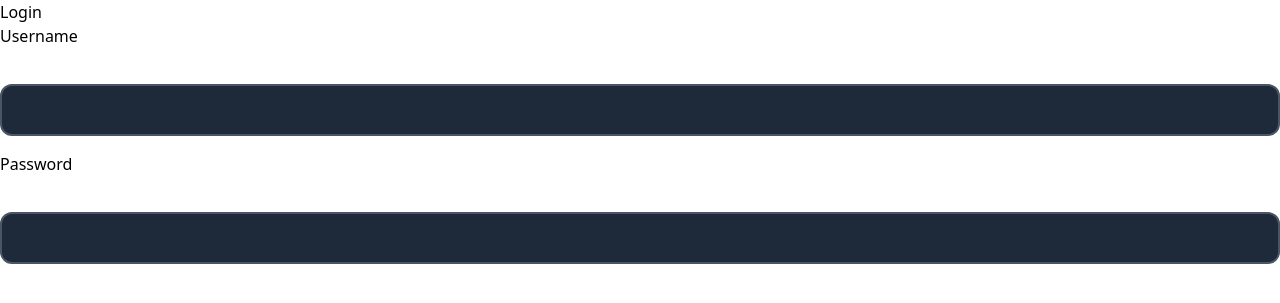
Repository: GabrielF0900/Tarefix
Page: / (app in Frontend/)
These files come from the project's save history. The page is drawn as it stood at one moment and after the next save; the edit follows.
The browser window is 1280 px wide. The pictures show the whole page.
The project was rebuilt for these pictures with package versions that can differ from the ones it lists, and the page was loaded fresh each time. Also part of the build but not shown: Frontend/vite.config.ts.

Above is the page before, as saved 2025-07-24 17:54:00.

### Frontend/src/main.tsx
import { StrictMode } from 'react'
import { createRoot } from 'react-dom/client'
import './index.css'
import { BrowserRouter } from 'react-router-dom'
import { Routes } from './routes/routes'


createRoot(document.getElementById('root')!).render(
  <StrictMode>
    <BrowserRouter>
      <Routes />
    </BrowserRouter>
  </StrictMode>,
)

### Frontend/src/routes/routes.tsx
//Algoritmo que cuidará de rotas.
import { Login } from '../pages/Login';
import { Route } from 'react-router-dom';
import { Routes as RoutesRoutes } from 'react-router-dom';


export function Routes() {
    return (
            <RoutesRoutes>
                <Route path="/" element={<Login />} />
                {/* Adicione outras rotas aqui conforme necessário */}
            </RoutesRoutes>
    )
    }

### Frontend/src/pages/Login.tsx
import { Input } from "../components/inputs"

export function Login() {
    return (
        <div>
            <h1>Login</h1>
            <label htmlFor="username">Username</label>
            <Input id="username" type="text" label="Username" required/>
            <label htmlFor="password">Password</label>
            <Input id="password" type="password" label="Password" required/>
        </div>
    )
}

### Frontend/src/components/inputs.tsx
import React from 'react';

export interface InputProps extends React.InputHTMLAttributes<HTMLInputElement> {
  label?: string;
  error?: string;
}

export function Input({ label, error, ...rest }: InputProps) {
  return (
    <div className="mb-4">
      {label && (
        <label className="block mb-2 text-lg font-medium text-white">
          {label}
        </label>
      )}
      <input
        {...rest}
        className={`
          w-full px-4 py-3 rounded-xl bg-gray-800 text-white placeholder-gray-400
          border-2 transition duration-300
          ${error ? 'border-red-500 focus:border-red-500' : 'border-gray-600 focus:border-blue-500'}
          focus:outline-none focus:ring-2 focus:ring-blue-500/50
        `}
      />
      {error && <p className="mt-1 text-sm text-red-400">{error}</p>}
    </div>
  );
}

Loaded but not shown: Frontend/index.html (common file); Frontend/src/index.css (common file)

After the next save:
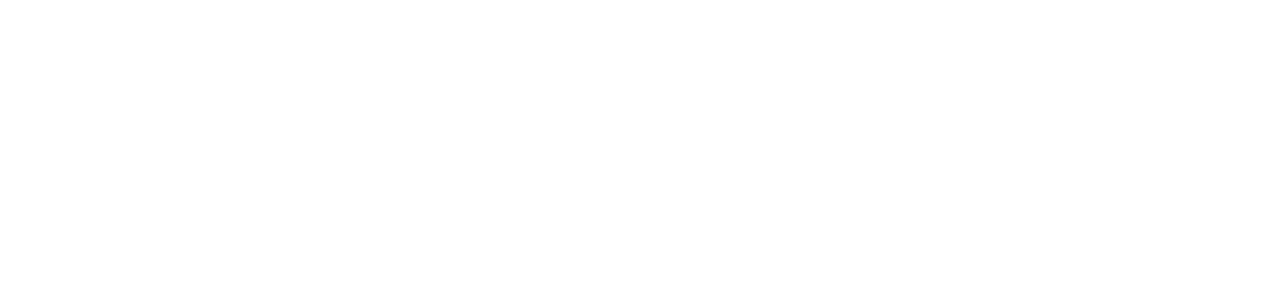
Console error: ReferenceError: Label is not defined
Saved 20 s later.
--- a/Frontend/src/pages/Login.tsx
+++ b/Frontend/src/pages/Login.tsx
@@ -4,7 +4,7 @@
     return (
         <div>
             <h1>Login</h1>
-            <label htmlFor="username">Username</label>
+            <Label htmlFor="username">Username</Label>
             <Input id="username" type="text" label="Username" required/>
             <label htmlFor="password">Password</label>
             <Input id="password" type="password" label="Password" required/>

After the save that followed:
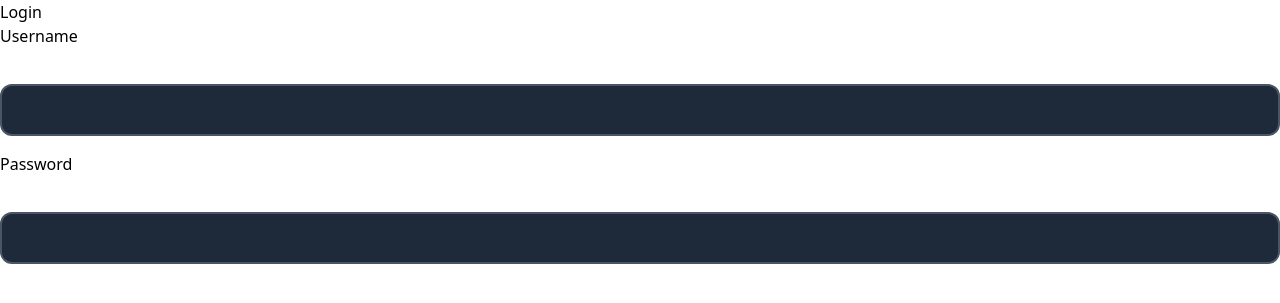
The error is gone.
Saved 16 s later.
--- a/Frontend/src/pages/Login.tsx
+++ b/Frontend/src/pages/Login.tsx
@@ -4,7 +4,7 @@
     return (
         <div>
             <h1>Login</h1>
-            <Label htmlFor="username">Username</Label>
+            <label htmlFor="username">Username</label>
             <Input id="username" type="text" label="Username" required/>
             <label htmlFor="password">Password</label>
             <Input id="password" type="password" label="Password" required/>
